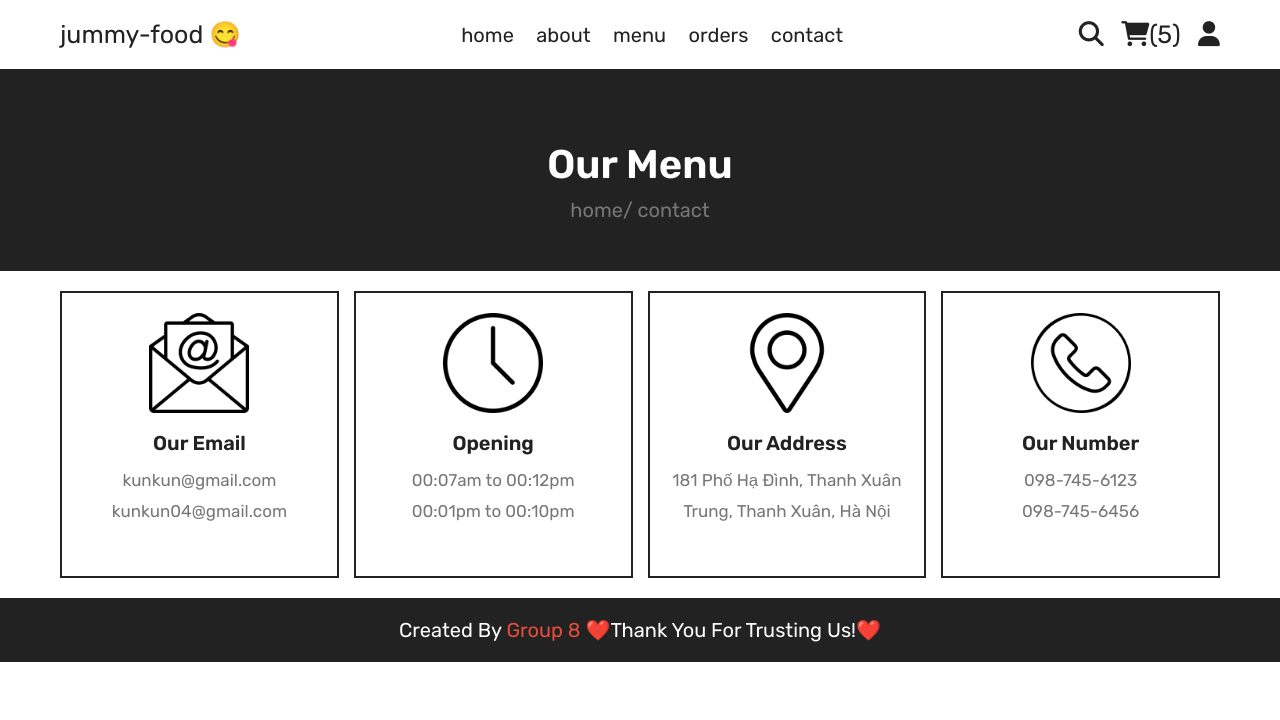
Repository: VuongLinhDinh/jummy_food
Page: contact.html
The author's editor kept a copy of each file at every save. The page is drawn from the files as they stood at one save, then again after the next save.
The browser window is 1280 px wide. The pictures show the whole page.
Some web libraries are served in a nearby version.

Above is the page before, as saved 2023-11-09 23:23:16.

After the next save:
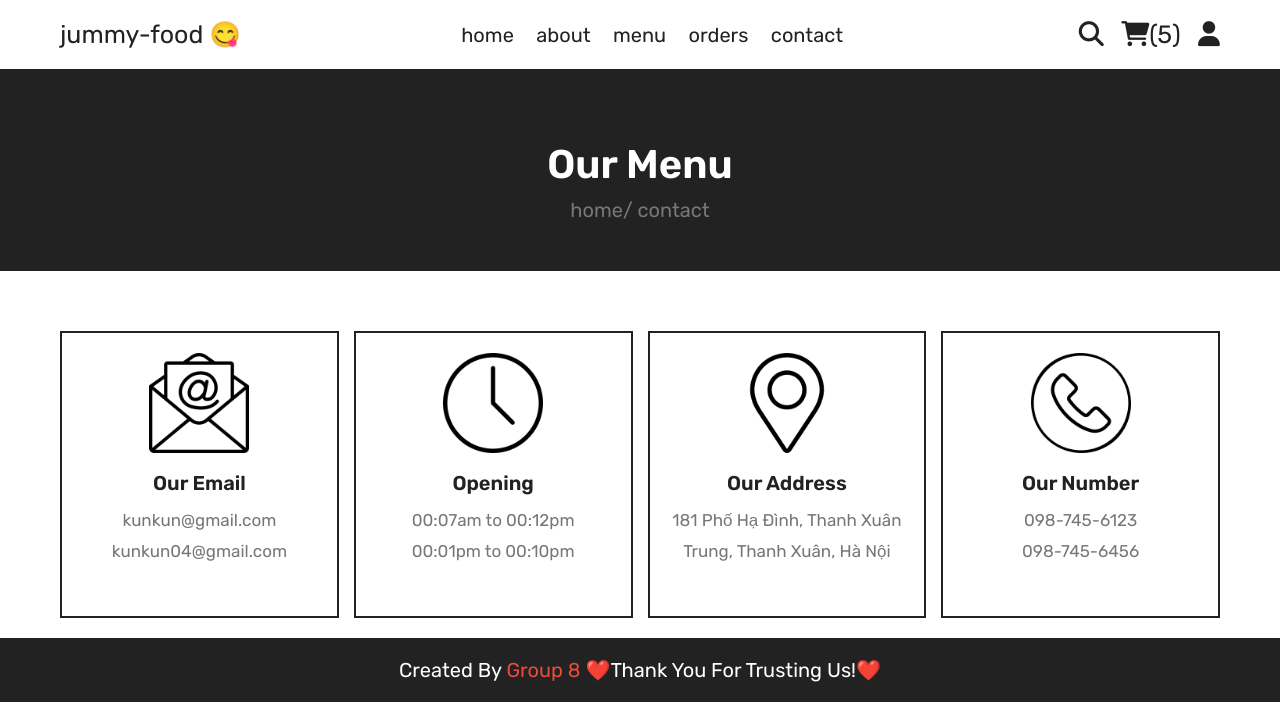
Saved 103 s later.
--- a/contact.html
+++ b/contact.html
@@ -43,7 +43,13 @@
         <p><a href="home.html">home</a><span>/ contact</span></p>
     </div>
     <!-- contact section starts  -->
+    <section class="contact">
+        <div class="row">
+            <div class="image">
 
+            </div>
+        </div>
+    </section>
     <!-- contact section end  -->
 
     <!-- footer section starts  -->
